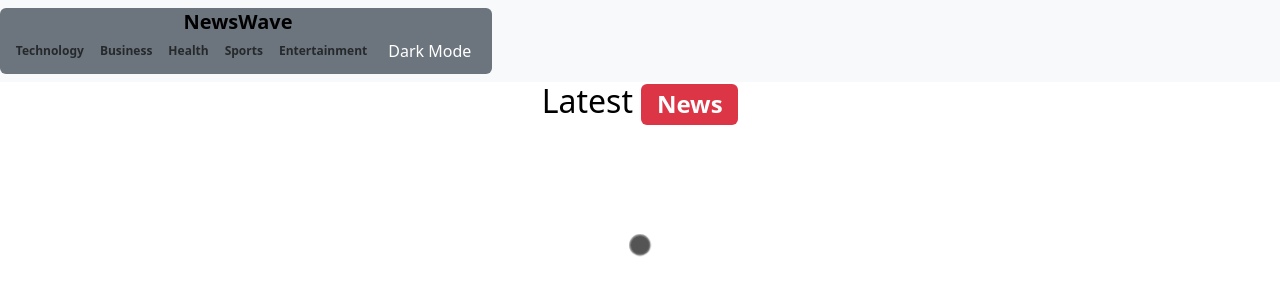
Repository: PranjalTripathi2003/news-wave
Page: /
The author's editor kept a copy of each file at every save. The page is drawn from the files as they stood at one save, then again after the next save.
The browser window is 1280 px wide. The pictures show the whole page.
The page's requests for data from a server got no answer. The project was rebuilt for these pictures with package versions that can differ from the ones it lists, and the page was loaded fresh each time. No one was signed in, and anything a server would have sent is missing. Also part of the build but not shown: vite.config.js, src/styles/NewsItem.css, src/components/NewsItem.jsx.

Above is the page before, as saved 2024-07-26 20:37:17.

After the next save:
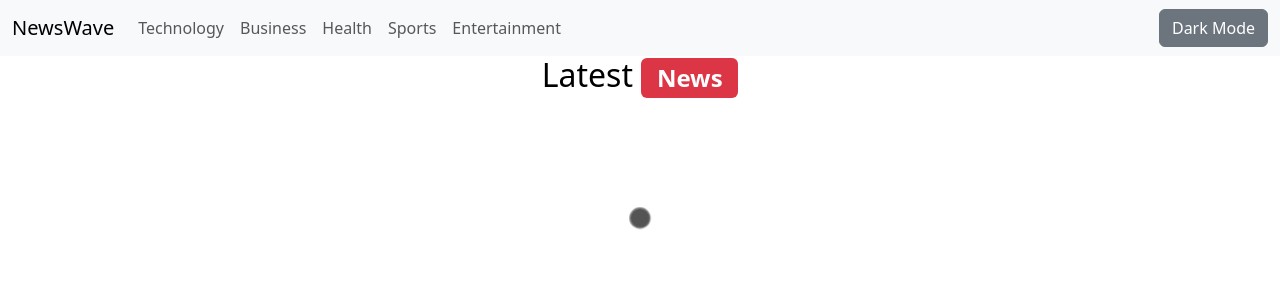
Saved 12 s later.
--- a/src/components/Navbar.jsx
+++ b/src/components/Navbar.jsx
@@ -8,7 +8,7 @@ const Navbar = ({ setCategory, toggleDarkMode, darkMode }) => {
         darkMode ? "navbar-dark bg-dark" : "navbar-light bg-light"
       }`}
     >
-      <div className="badge text-bg-secondary">
+      <div className="container-fluid">
         <a className="navbar-brand" onClick={() => setCategory("general")}>
           NewsWave
         </a>
